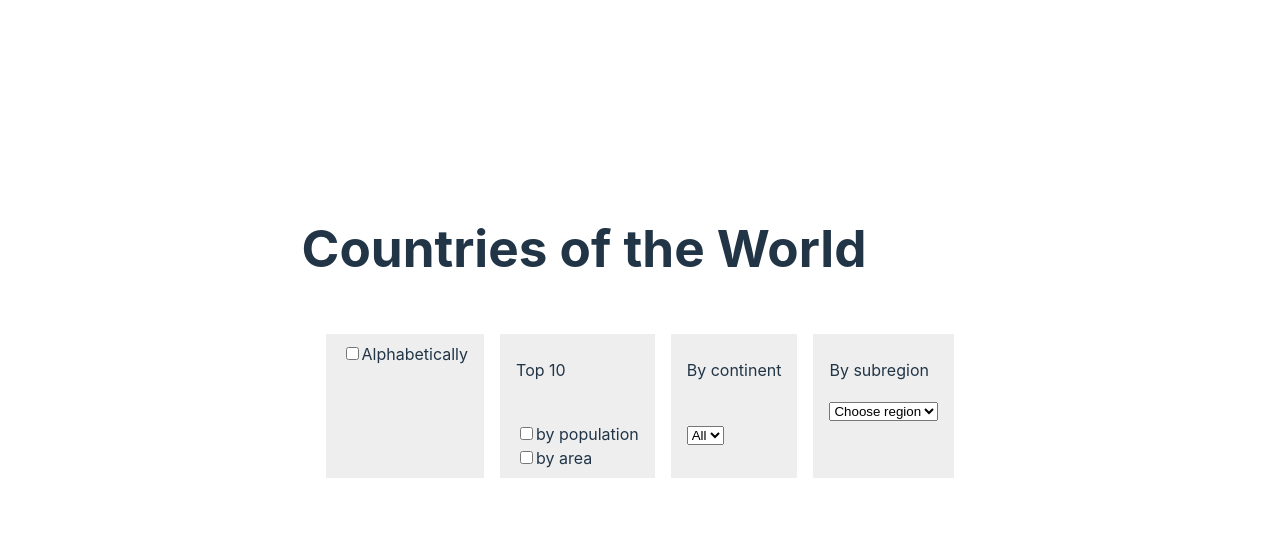
Repository: Vanessahyc/COMP3170_Lab06
Page: /
These files come from the project's save history. The page is drawn as it stood at one moment and after the next save; the edit follows.
The browser window is 1280 px wide. The pictures show the whole page.
The page's requests for data from a server got no answer. The project was rebuilt for these pictures with package versions that can differ from the ones it lists, and the page was loaded fresh each time. No one was signed in, and anything a server would have sent is missing. Also part of the build but not shown: vite.config.js, src/components/Country.jsx.

Above is the page before, as saved 2024-11-14 16:36:36.

### src/App.jsx
import { useEffect, useState } from 'react'
import './App.css'
import Countries from './components/Countries';

function App() {

  const [countries, setCountries] = useState([]);
  const url = "https://restcountries.com/v3.1/all";

  async function fetchData() {
    const response = await fetch('https://restcountries.com/v3.1/all');
    const data = await response.json();

    setCountries(data);
  }

  useEffect(() => {
    fetchData();
  }, []);

  return (
    <div>
      <h1>Countries of the World</h1>
      <div className='wrap'>
        <div className='filter_container'>
          <div>
            <input type='checkbox'/>
            <label>Alphabetically</label>
          </div>
          <div>
            <p>Top 10</p>
            <br/>
            <input type='checkbox'/>
            <label>by population</label>
            <br/>
            <input type='checkbox'/>
            <label>by area</label>
          </div>
          <div>
            <p>By continent</p>
            <br/>
            <select>
              <option>All</option>
            </select>
          </div>
          <div>
            <p>By subregion</p>
            <select>
              <option>Choose region</option>
            </select>
          </div>
        </div>
      </div>
      <Countries countries={countries}/>
    </div>
  );
}

export default App

### src/App.css
#root {
  max-width: 1280px;
  margin: 0 auto;
  padding: 2rem;
}

/* .logo {
  height: 6em;
  padding: 1.5em;
  will-change: filter;
  transition: filter 300ms;
}
.logo:hover {
  filter: drop-shadow(0 0 2em #646cffaa);
}
.logo.react:hover {
  filter: drop-shadow(0 0 2em #61dafbaa);
}

@keyframes logo-spin {
  from {
    transform: rotate(0deg);
  }
  to {
    transform: rotate(360deg);
  }
}

@media (prefers-reduced-motion: no-preference) {
  a:nth-of-type(2) .logo {
    animation: logo-spin infinite 20s linear;
  }
}

.card {
  padding: 2em;
}

.read-the-docs {
  color: #888;
} */

.main_container {
  width: 400px;
}

.country_header {
  display: flex;
  max-height: 50px;
  background-color: white;

}

.country_header p {
  color: black;
  font-weight: bold;
}

.flag_container {
  flex-basis: 30%;
}

.flag_container img {
  height: 50px;
}

.country_info {
  padding: 1em;
}

.country_info p {
  display: flex;
}

.country_info p span {
  flex-basis: 50%;
  text-align: left;
}

.country_info p span:first-child {
  font-weight: bold;
}

.wrap {
  margin-bottom: 2rem;
  padding: 1em;
}

.filter_container {
  display: flex;
  gap: 1em;
  padding: 0.5rem;
}

.filter_container div {
  padding: 0.5rem 1rem;
  background-color: rgb(238, 238, 238);
}

### src/components/Countries.jsx
import Country from "./Country";

export default function Countries({countries}) {
    return(
        <div>
            {
                countries.map(country => (
                    <Country
                        key={country.cca3}
                        url={country.flags.svg}
                        countryName={country.name.common}
                        officialName={country.name.official}
                        capital={country.capital}
                        population={country.population}
                        languages={country.languages}
                        currencies={country.currencies}
                        area={country.area}
                        subregion={country.subregion}
                        continents={country.continents}
                        borders={country.borders}
                        maps={country.maps.googleMaps}
                    />
                ))
            }
        </div>
    );
}

Loaded but not shown: index.html (common file); src/main.jsx (common file); src/index.css (common file)

After the next save:
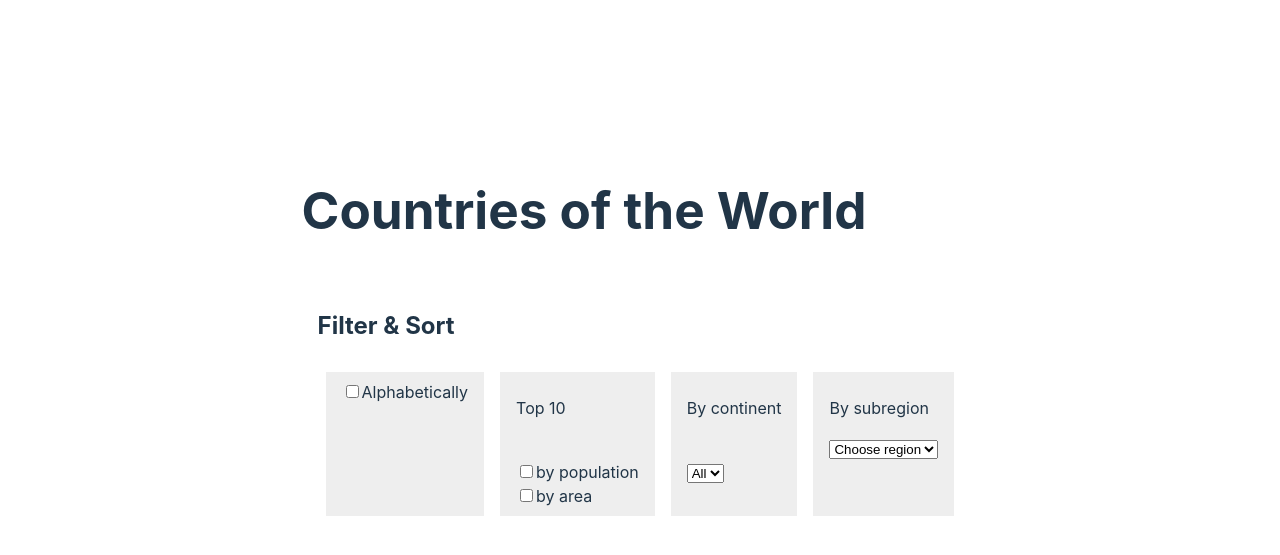
Saved 29 s later.
--- a/src/App.jsx
+++ b/src/App.jsx
@@ -22,6 +22,7 @@ function App() {
     <div>
       <h1>Countries of the World</h1>
       <div className='wrap'>
+        <h2>Filter & Sort</h2>
         <div className='filter_container'>
           <div>
             <input type='checkbox'/>
